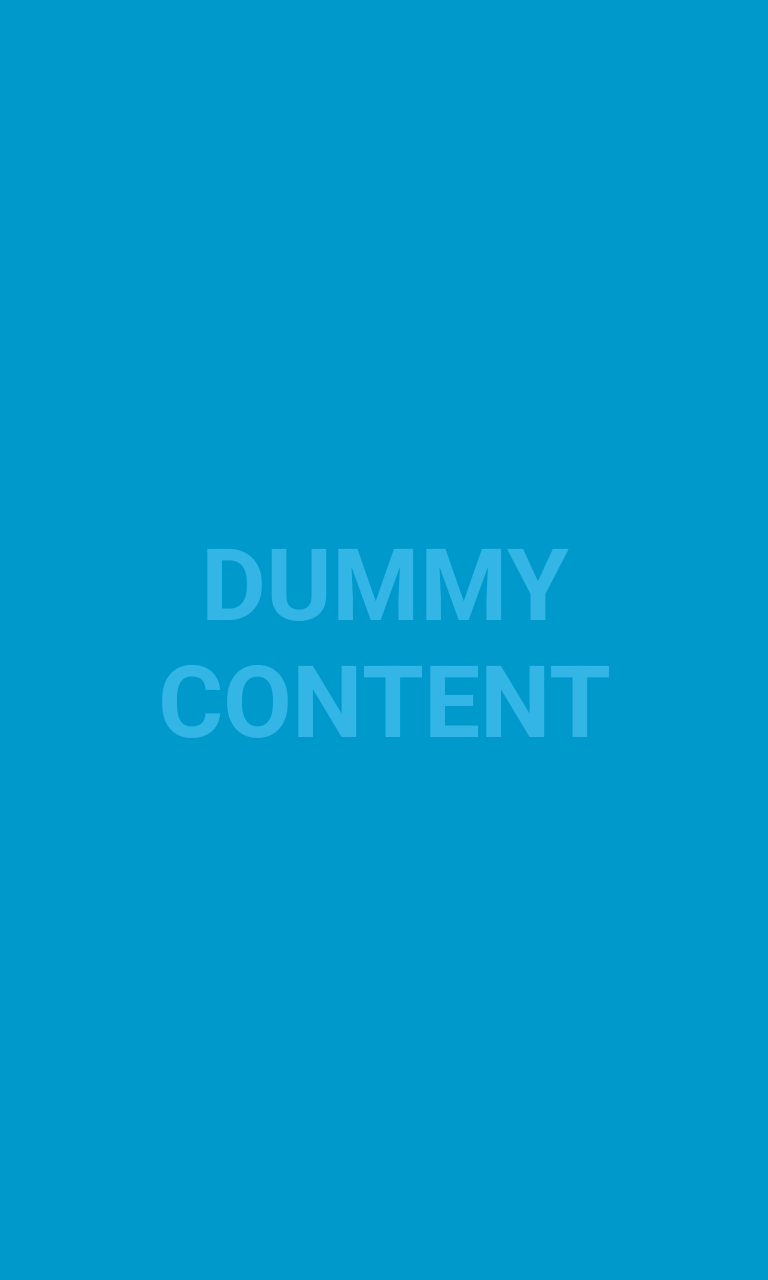
Repository: sebrockm/recuti
Layout: Recuti/res/layout/activity_main.xml
The author's editor kept a copy of each file at every save. The layout is drawn from the files as they stood at one save, then again after the next save.
It is drawn on a 768 x 1280 px phone screen (xhdpi) without system bars, with theme FullscreenTheme; the app's code is not run.

Above is the layout before, as saved 2014-06-12 23:39:58.

After the next save:
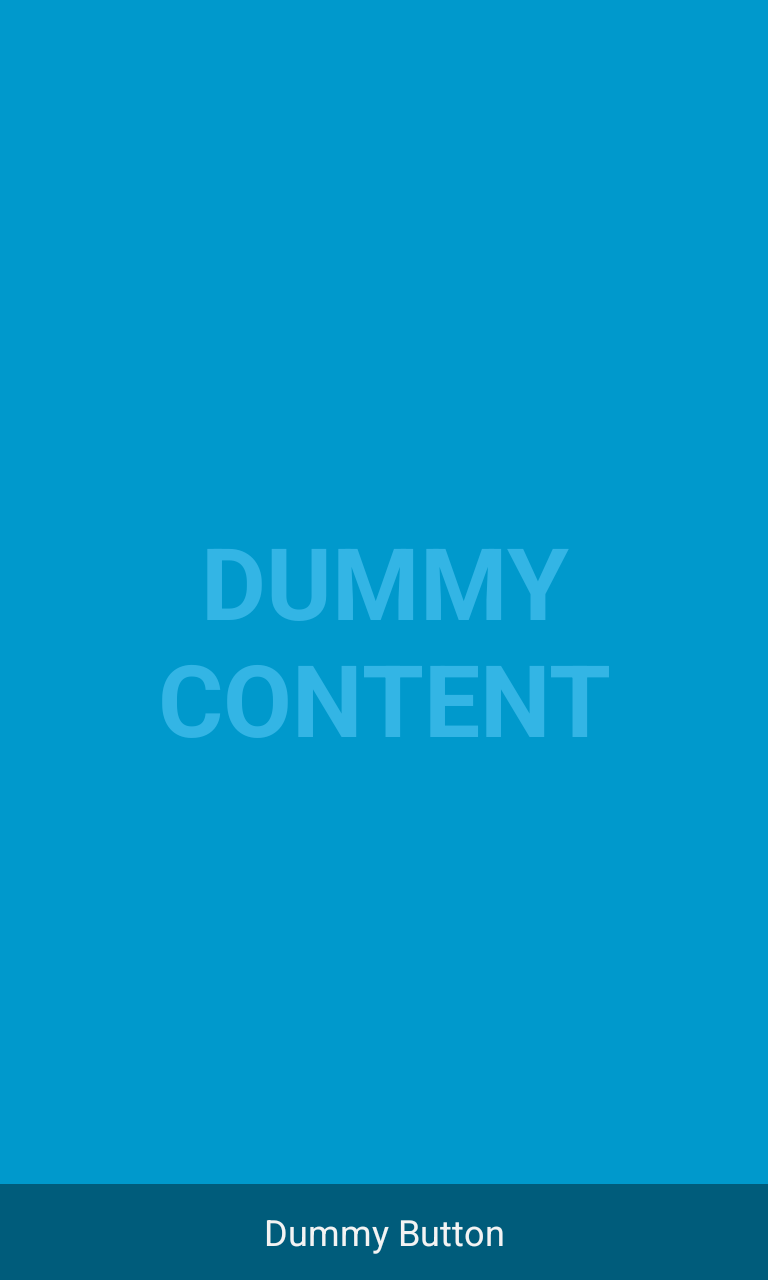
Saved 6 s later.
--- a/Recuti/res/layout/activity_main.xml
+++ b/Recuti/res/layout/activity_main.xml
@@ -41,6 +41,14 @@
             android:background="@color/black_overlay"
             android:orientation="horizontal"
             tools:ignore="UselessParent" >
+
+            <Button
+                android:id="@+id/dummy_button"
+                style="?buttonBarButtonStyle"
+                android:layout_width="0dp"
+                android:layout_height="wrap_content"
+                android:layout_weight="1"
+                android:text="@string/dummy_button" />
         </LinearLayout>
     </FrameLayout>
 

After the save that followed:
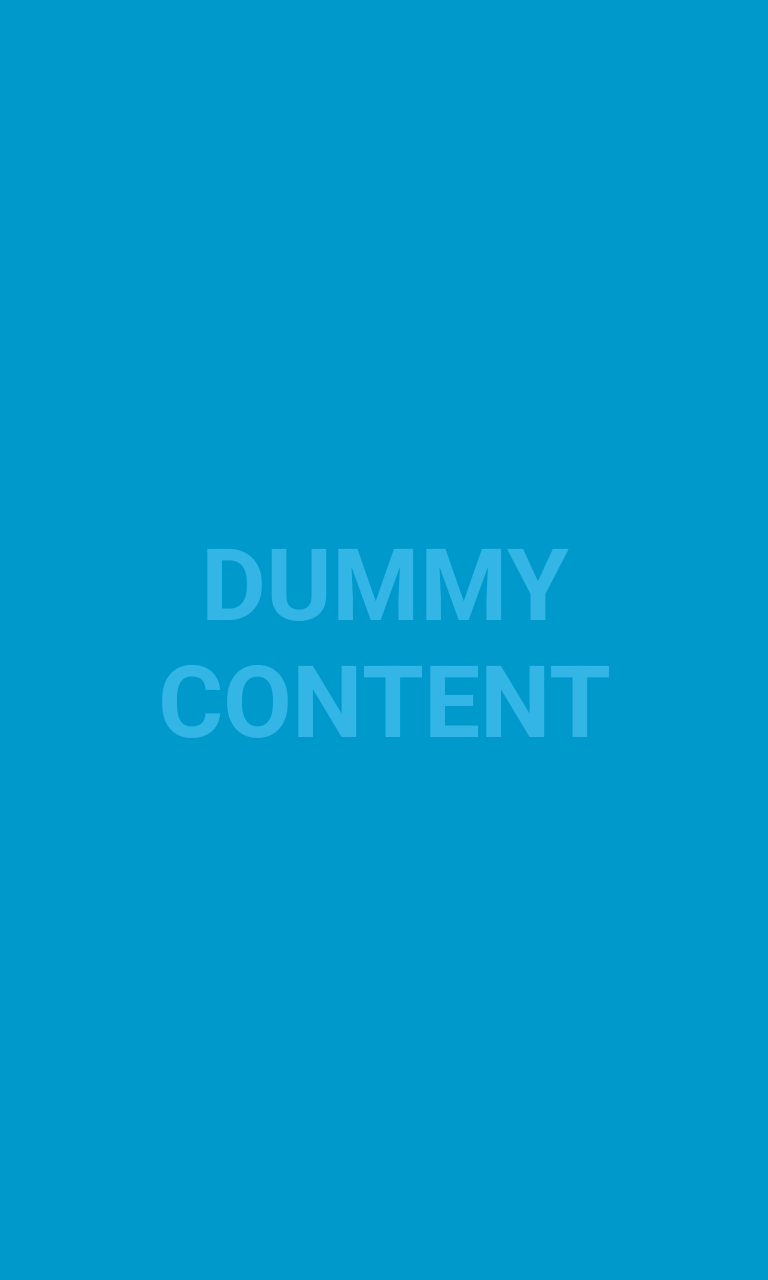
Saved 17 s later.
--- a/Recuti/res/layout/activity_main.xml
+++ b/Recuti/res/layout/activity_main.xml
@@ -41,14 +41,6 @@
             android:background="@color/black_overlay"
             android:orientation="horizontal"
             tools:ignore="UselessParent" >
-
-            <Button
-                android:id="@+id/dummy_button"
-                style="?buttonBarButtonStyle"
-                android:layout_width="0dp"
-                android:layout_height="wrap_content"
-                android:layout_weight="1"
-                android:text="@string/dummy_button" />
         </LinearLayout>
     </FrameLayout>
 
